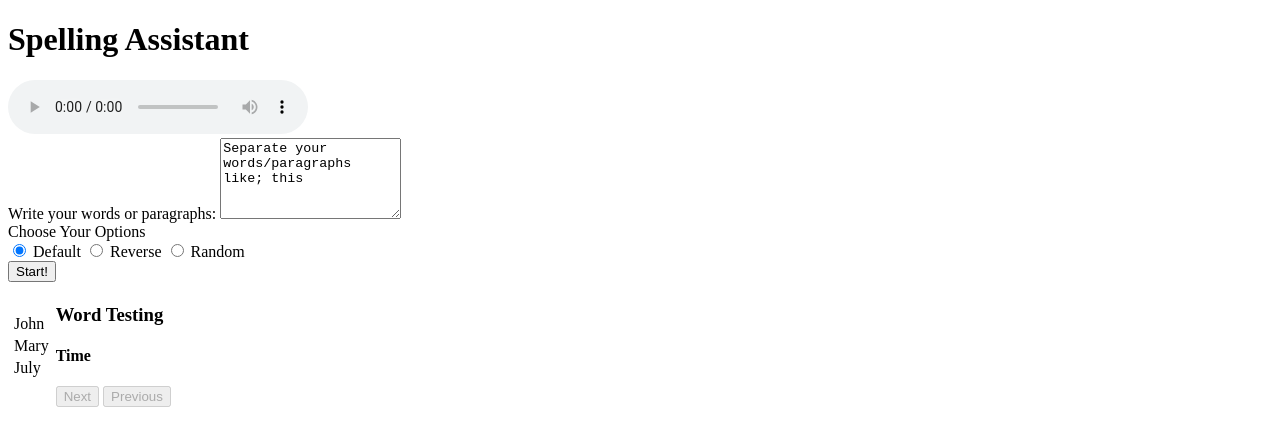
Repository: derruba2000/spelling.assistant
Page: index.html
The author's editor kept a record of every edit. The page is drawn from the files as they stood at one moment, then again after the next edit.
The browser window is 1280 px wide. The pictures show the whole page.
Some web libraries are served in a nearby version.

Above is the page before.
Console error: SyntaxError: Unexpected token '<'

### index.html
<!DOCTYPE html>
<html lang="en">

<head>
    <meta charset="utf-8">
    <meta http-equiv="X-UA-Compatible" content="IE=edge">
    <meta name="viewport" content="width=device-width, initial-scale=1">
    <title>Spelling Assistant</title>

    <!--<link rel="stylesheet" href="https://maxcdn.bootstrapcdn.com/bootstrap/3.3.4/css/bootstrap.min.css">-->
    <!--<link rel="stylesheet" href="https://maxcdn.bootstrapcdn.com/bootstrap/3.3.4/css/bootstrap-theme.min.css">-->


</head>

<body>
    <h1>Spelling Assistant</h1>

        <audio src="http://translate.google.com/translate_tts?tl=en&q=%27It%20is%20really%20simple,%20as%20you%20See%27" controls="controls"></audio>

    <frameset cols="25%">
        <frame src="test.html">
    </frameset>


    <div class="container">

        <div class="container">
            <form role="form">
                <div class="form-group">
                    <label for="comment">Write your words or paragraphs:</label>
                    <textarea class="form-control" rows="5" id="word list">Separate your words/paragraphs like; this </textarea>
                </div>
            </form>
        </div>


        <!-- Multiple Radios (inline) -->
        <div class="container">
            <div class="form-group">
                <label class="col-md-4 control-label" for="Options">Choose Your Options</label>
                <div class="col-md-4">
                    <label class="radio-inline" for="Options-0">
                        <input type="radio" name="Options" id="Options-0" value="1" checked="checked"> Default
                    </label>
                    <label class="radio-inline" for="Options-1">
                        <input type="radio" name="Options" id="Options-1" value="2"> Reverse
                    </label>
                    <label class="radio-inline" for="Options-2">
                        <input type="radio" name="Options" id="Options-2" value="3"> Random
                    </label>
                </div>
            </div>
        </div>

        <!-- Button -->
        <div class="container">
            <div class="form-group">
                <label class="col-md-4 control-label" for="submitbutton"></label>
                <div class="col-md-4">
                    <button id="submitbutton" name="submitbutton" onclick="createlist()" class="btn btn-info"> Start! </button>
                </div>
            </div>
        </div>


    </div>
    <div class="container">
        <table class="table">
            <tbody>
                <tr>
                    <td>
                        <table class="table" id="wordtable">
                            <tbody>
                                <tr class="success">
                                    <td>John</td>
                                </tr>
                                <tr class="danger">
                                    <td>Mary</td>
                                </tr>
                                <tr class="info">
                                    <td>July</td>
                                </tr>
                            </tbody>
                        </table>
                    </td>
                    <td>
                        <div id="currentword">
                            <h3>Word Testing</h3>
                        </div>
                        <div id="timecount">
                            <h4>Time</h4>
                        </div>




                        <div class="form-group">
                            <label class="col-md-4 control-label" for="nextbutton"></label>
                            <div class="col-md-8">
                                <button id="nextbutton" name="nextbutton" onclick="nextword()" class="btn btn-success" disabled> Next </button>
                                <button id="previousbutton" name="previousbutton" onclick="previousword()" class="btn btn-inverse" disabled>Previous</button>
                            </div>
                        </div>
                    </td>
                </tr>
            </tbody>
        </table>
    </div>




    <script src="https://ajax.googleapis.com/ajax/libs/jquery/1.11.2/jquery.min.js"></script>
    <script src="https://maxcdn.bootstrapcdn.com/bootstrap/3.3.4/js/bootstrap.min.js"></script>

    <script src="scripts/assistant.js"></script>
</body>

</html>

### scripts/assistant.js
'use strict';

var maxvisiblerows = 5;
var exerciselist;
var viewlist = 0;
var exercisetime;
var steptime;
var timerVar;

function createlist() {

    maxvisiblerows = 5;

    var textlist = document.getElementById("word list").value;
    var strlist = textlist.split(";");
    var radios = document.getElementsByName("Options");
    var radiooption;

    for (var i = 0, length = radios.length; i < length; i++) {
        if (radios[i].checked) {
            console.log("Options selected:" + radios[i].value);
            radiooption= radios[i].value;
            break;
        }
    }

    for (var k = 0; k < strlist.length; k++) {
        console.log("->" + k + ":" + strlist[k]);
    }

    exerciselist = strlist.slice();
    // Reverse Order
    if (2==radiooption){
        for (var k = 0; k < strlist.length; k++) {
          exerciselist[k] = strlist[strlist.length -(1+k)];
        }
    }


    // Random Order
    if (3==radiooption){
        var randomcontrol=strlist.slice();;
        for (var k = 0; k < strlist.length; k++) {
            randomcontrol[k]=-1;
        }
        for (var k = 0; k < strlist.length; k) {
            var tmp = Math.round(Math.random()*(strlist.length-1));
            var exists = false;
            // checks if number exists in array
            for (var k2=0; k2<k; k2++){
                if (randomcontrol[k2] == tmp){
                    exists = true;
                }
            }
            if (false==exists){
                console.log("Added " + strlist[tmp] + ":" + tmp);
                exerciselist[k]=strlist[tmp];
                randomcontrol[k]=tmp;
                k++;
            }
          exerciselist[k] = strlist[strlist.length -(1+k)];
        }
    }

    exercisetime = new Date();
    steptime = new Date();
    timerVar = setInterval(function(){myTimer()},1000);

    if (strlist.length < maxvisiblerows) maxvisiblerows = strlist.length;
    renderTable(0);

}

function nextword(){
    renderTable(++viewlist);
    steptime = new Date();
}

function previousword(){
    renderTable(--viewlist);
    steptime = new Date();
}


function renderTable(l) {
    // Renders List
    var table = document.getElementById("wordtable");
    document.getElementById("nextbutton").disabled = false;
    document.getElementById("previousbutton").disabled = false;

    if (l<= 0){
        l = 0;
        viewlist=0;
        document.getElementById("nextbutton").disabled = false;
        document.getElementById("previousbutton").disabled = true;
    }
    if (l== exerciselist.length) {
        l=exerciselist.length-1;
        viewlist=l;
        document.getElementById("nextbutton").disabled = true;
    }

    // delete rows
    var l2 = table.rows.length;
    if (table.rows.length > 0) {
        for (var k = 0; k < l2; k++){
            table.deleteRow(0);
        }
    }

    l2 = maxvisiblerows;
    if (l + maxvisiblerows >= exerciselist.length) l2 = exerciselist.length - l;

    for (var k = 0; k < l2; k++) {
        var row = table.insertRow(k);
        var newcell = row.insertCell(0);
        newcell.innerHTML = "(" + (l+1+k)+ "/" + exerciselist.length + ")" + " " + exerciselist[k+l];

        if (0==k){
         newcell.className = "danger";
         document.getElementById("currentword").innerHTML="<h3>"+exerciselist[k+l] +"</h3>";

         var tts = "<iframe src=\"http://translate.google.com/translate_tts?ie=UTF-8&tl=en-gb" ;

         tts +=

         document.getElementById("ttstag").innerHTML="<h3>"+exerciselist[k+l] +"</h3>";


          <iframe src="http://translate.google.com/translate_tts?ie=UTF-8&q=Spelling%20Assistant&tl=en-gb">
                                <p>Your browser does not support iframes.</p>
                            </iframe>
        }

    }
}


function myTimer() {
    var d = new Date();

    document.getElementById("timecount").innerHTML = "<p><strong> Total time:" + dateDiff(exercisetime,d) + "</strong></p> Step Time:" + dateDiff(steptime,d);
}


function dateDiff(date1, date2){


    var diff = (date2 - date1)/1000;
    var diff = Math.abs(Math.floor(diff));

    var days = Math.floor(diff/(24*60*60));
    var leftSec = diff - days * 24*60*60;

    var hrs = Math.floor(leftSec/(60*60));
    var leftSec = leftSec - hrs * 60*60;

    var min = Math.floor(leftSec/(60));
    var leftSec = leftSec - min * 60;

    if (hrs < 10) hrs= "0" + hrs;
    if (min < 10) min= "0" + min;
    if (leftSec < 10) leftSec= "0" + leftSec;

    return hrs + ":" + min + ":" + leftSec;

 }

After the next edit:
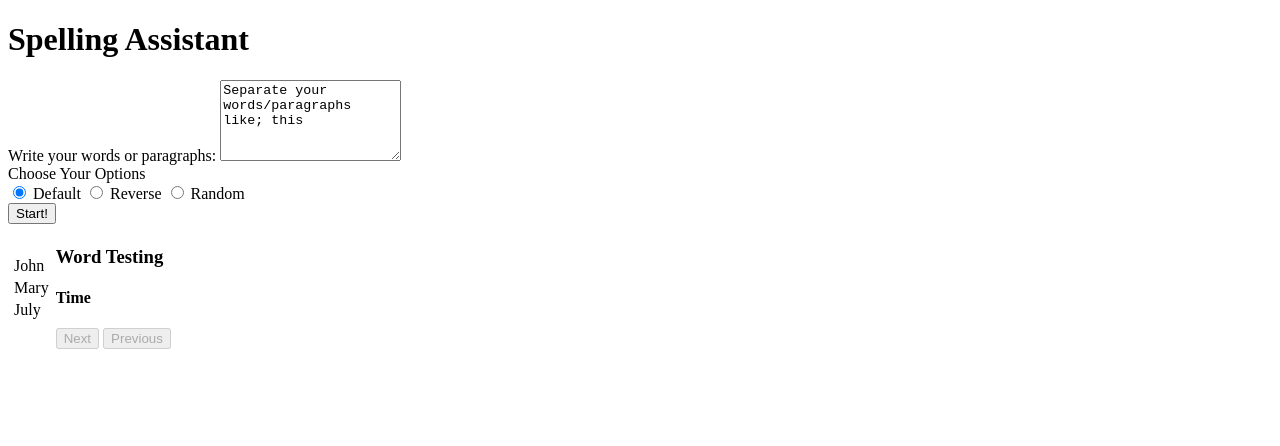
The edit:
--- a/index.html
+++ b/index.html
@@ -16,14 +16,7 @@
 <body>
     <h1>Spelling Assistant</h1>
 
-        <audio src="http://translate.google.com/translate_tts?tl=en&q=%27It%20is%20really%20simple,%20as%20you%20See%27" controls="controls"></audio>
-
-    <frameset cols="25%">
-        <frame src="test.html">
-    </frameset>
-
-
-    <div class="container">
+      <div class="container">
 
         <div class="container">
             <form role="form">
